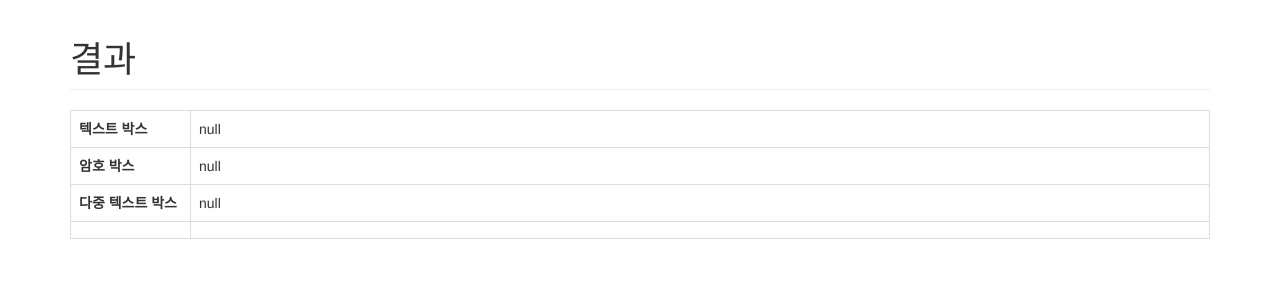
Repository: kimgyuseok/Server
Page: http://localhost/JSPTest/ex04ok.jsp
The author's editor kept a copy of each file at every save. The page is drawn from the files as they stood at one save, then again after the next save.
The browser window is 1280 px wide. The pictures show the whole page.
The page is served by Tomcat 9.

Above is the page before, as saved 2022-01-06 05:24:16.

After the next save:
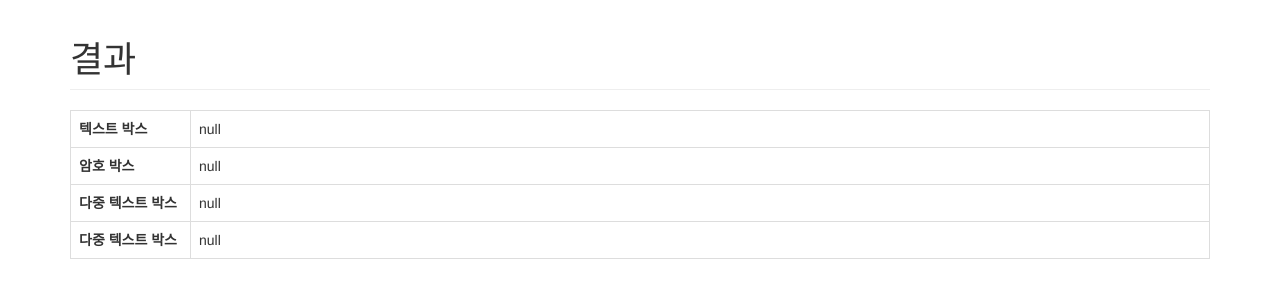
Saved 33 s later.
--- a/JSPTest/src/main/webapp/ex04ok.jsp
+++ b/JSPTest/src/main/webapp/ex04ok.jsp
@@ -9,6 +9,8 @@
 	String pw1 = request.getParameter("pw1");
 
 	String txt2 = request.getParameter("txt2");
+
+	String cb1 = request.getParameter("cb1");
 %>
 <!DOCTYPE html>
 <html>
@@ -40,8 +42,8 @@
 				<td><%= txt2 %></td>
 			</tr>
 			<tr>
-				<th></th>
-				<td></td>
+					<th>다중 텍스트 박스</th>
+				<td><%= cb1 %></td>
 			</tr>
 		</table>
 
